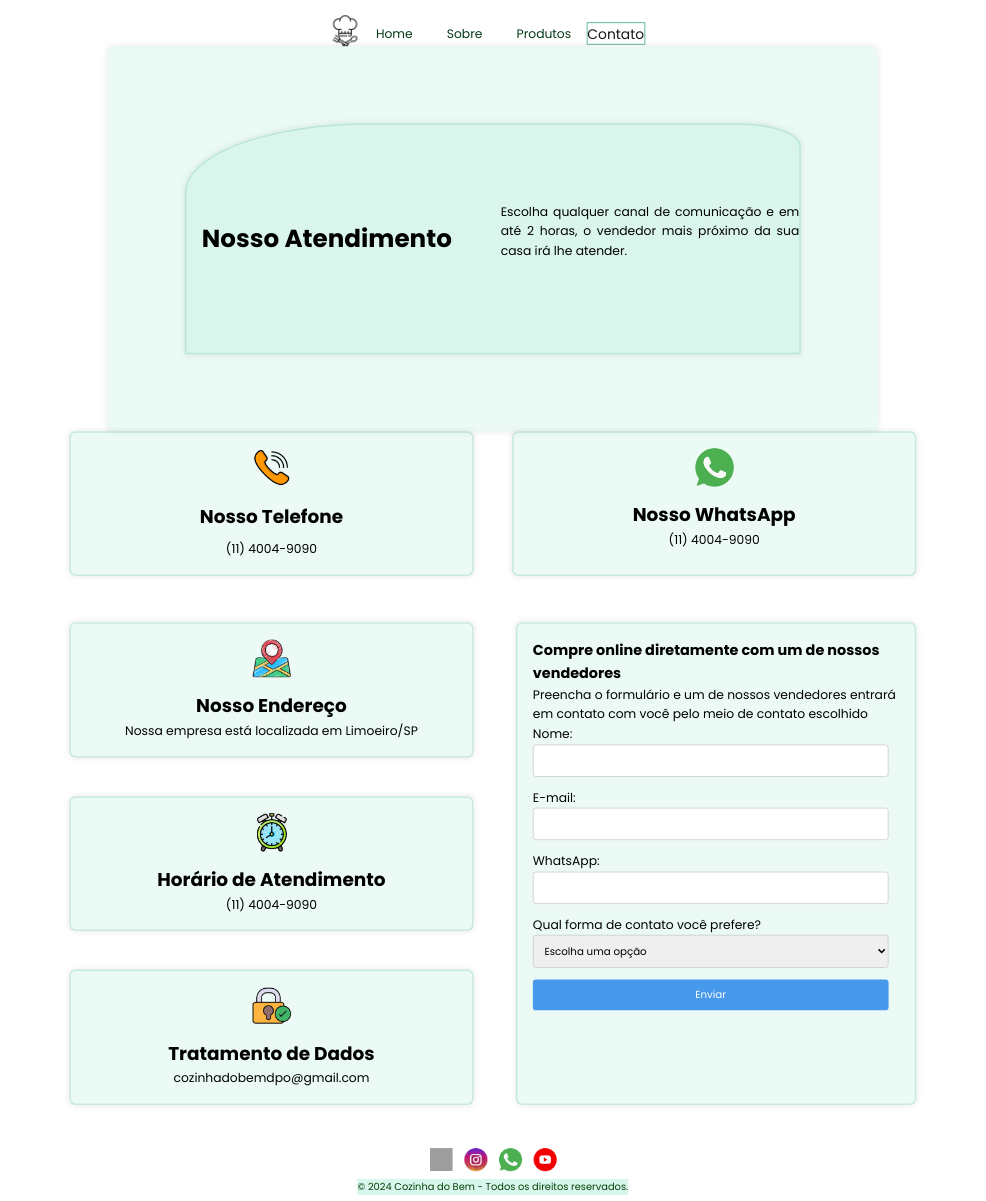
Repository: Thalia-Nataly/Cozinha-do-Bem-Proz
Page: contato.html
An editor plug-in stored every save of this project. The page is shown before and after a run of saves, followed by the edit.
The browser window is 1280 px wide. The pictures show the whole page, at 77% of full size.
Pictures or frames that could not be fetched are drawn as grey boxes.

Above is the page before, as saved 2024-08-25 19:15:56.

### contato.html
<!DOCTYPE html>
<html lang="pt-br">
<head>
    <meta charset="UTF-8">
    <meta name="viewport" content="width=device-width, initial-scale=1.0">
    <title>Contato</title>
    <link rel="icon" href="Imagens/favicon.jpg" type="image/jpg">
    <!-- CSS -->
    <link rel="stylesheet" href="css/stylegeral.css">
    <!-- JS -->
    <script src="js/menu.js" defer></script>
    <!-- Google Fonts -->
    <link rel="preconnect" href="https://fonts.googleapis.com">
    <link rel="preconnect" href="https://fonts.gstatic.com" crossorigin>
    <link href="https://fonts.googleapis.com/css2?family=Poppins:wght@100;200;300;400;500;600;700;800;900&display=swap" rel="stylesheet">
</head>
<body>
    <!-- Topo -->
    <a id="top"></a>

    <!-- Cabeçalho -->
    <header id="header">
       <div class="interface">
            <section class="logo">
                <img class="logo-branca" src="Imagens/logo.jpg" alt="Logo">
                <img class="logo-preto" src="Imagens/logo.jpg" alt="Logo">
            </section>
            <section class="menu-desktop">
                <nav>
                    <ul>
                        <li><a href="home.html">Home</a></li>
                        <li><a href="sobre.html">Sobre</a></li>
                        <li><a href="produtos.html">Produtos</a></li>
                    </ul>
                </nav>
            </section>
            <section class="btn-contato">
                <a href="contato.html">
                    <button>Contato</button>
                </a>
            </section>
        </div>
    </header>

    <!-- Main -->
    <main>
        <div class="main-content">
            <div class="box-conteiners">
                <div class="box-content">
                    <h1>Nosso Atendimento</h1>
                    <p><span>Escolha qualquer canal de comunicação e em até 2 horas, o vendedor mais próximo da sua casa irá lhe atender.</span></p>
                </div>
            </div>
        </div>

        <!-- Seções de Contato -->
        <div class="contact-container">
            <!-- Contêiner que contém o telefone e o WhatsApp -->
            <div class="contact-info-container">
                <div class="contact-info">
                    <div class="contact-box phone-box">
                        <img src="Imagens\telefone.png" alt="Ícone de Telefone" class="contact-icon">
                        <h2>Nosso Telefone</h2>
                        <p>(11) 4004-9090</p>
                    </div>
                    <div class="contact-box whatsapp-box">
                        <img src="Imagens\whatsapp_2504845.png" alt="Ícone de whatsapp" class="contact-icon">
                        <h2>Nosso WhatsApp</h2>
                        <p>(11) 4004-9090</p>
                    </div>
                </div>
            </div>

            <!-- Contêiner que contém os detalhes de contato e o formulário -->
            <div class="contact-details-form-container">
                <!-- Detalhes de contato -->
                <div class="contact-details">
                    <div class="contact-box">
                        <img src="Imagens\localização.png" alt="Ícone de Endereço" class="contact-icon">
                        <h2>Nosso Endereço</h2>
                        <p>Nossa empresa está localizada em Limoeiro/SP</p>
                    </div>
                    <div class="contact-box">
                        <img src="Imagens\horario.png" alt="Ícone de Relógio" class="contact-icon">
                        <h2>Horário de Atendimento</h2>
                        <p>(11) 4004-9090</p>
                    </div>
                    <div class="contact-box">
                        <img src="Imagens\cadeado.png" alt="Ícone de Cadeado" class="contact-icon">
                        <h2>Tratamento de Dados</h2>
                        <p>cozinhadobemdpo@gmail.com</p>
                    </div>
                </div>

                <!-- Formulário -->
                <div class="form-container">
                    <form>
                        <h3>Compre online diretamente com um de nossos vendedores</h3>
                        <p>Preencha o formulário e um de nossos vendedores entrará em contato com você pelo meio de contato escolhido </p>
                        <label for="nome">Nome: </label>
                        <input type="text" name="nome" id="nome" required>
                        <label for="email">E-mail: </label>
                        <input type="email" name="email" id="email" required>
                        <label for="tel">WhatsApp: </label>
                        <input type="tel" name="tel" id="tel" required>
                        <label for="contact-preference">Qual forma de contato você prefere?</label>
                        <select id="contact-preference" name="contact-preference" required>
                            <option value="" disabled selected>Escolha uma opção</option> <!-- Opção vazia que obrigará o usuário a escolher uma das opções abaixo -->
                            <option value="call">Ligação</option>
                            <option value="whatsapp">Mensagem no WhatsApp</option>
                        </select>

                        <button type="submit">Enviar</button>
                    </form>
                </div>
            </div>
        </div>
    </main>

    <!-- Rodapé -->
    <footer>
        <nav>
            <div class="footer-link">
                <a href="home.html" class="footer-logo">Cozinha do Bem</a>
            </div>
            <div class="social-links">
                <a href="https://www.facebook.com/" target="_blank" rel="noopener noreferrer">
                    <img src="Imagens/social_13051757.png" alt="Facebook"></a>
                <a href="https://www.instagram.com/" target="_blank" rel="noopener noreferrer">
                    <img src="Imagens/instagram_4494489.png" alt="Instagram"></a>
                <a href="https://wa.me/5544332156489" target="_blank" rel="noopener noreferrer">
                    <img src="Imagens/whatsapp_2504845.png" alt="Whatsapp"></a>
                <a href="https://www.youtube.com/" target="_blank" rel="noopener noreferrer">
                    <img src="Imagens/youtube_4494485.png" alt="Youtube"></a>
            </div>
            <p class="copyright">© 2024 Cozinha do Bem - Todos os direitos reservados.</p>
        </nav>
    </footer>
    <a href="#top" class="back-to-top">Voltar ao topo</a>
</body>
</html>

Loaded but not shown: js/menu.js (34 lines, source omitted); css/stylegeral.css (749 lines, source omitted)

After the next 3 saves:
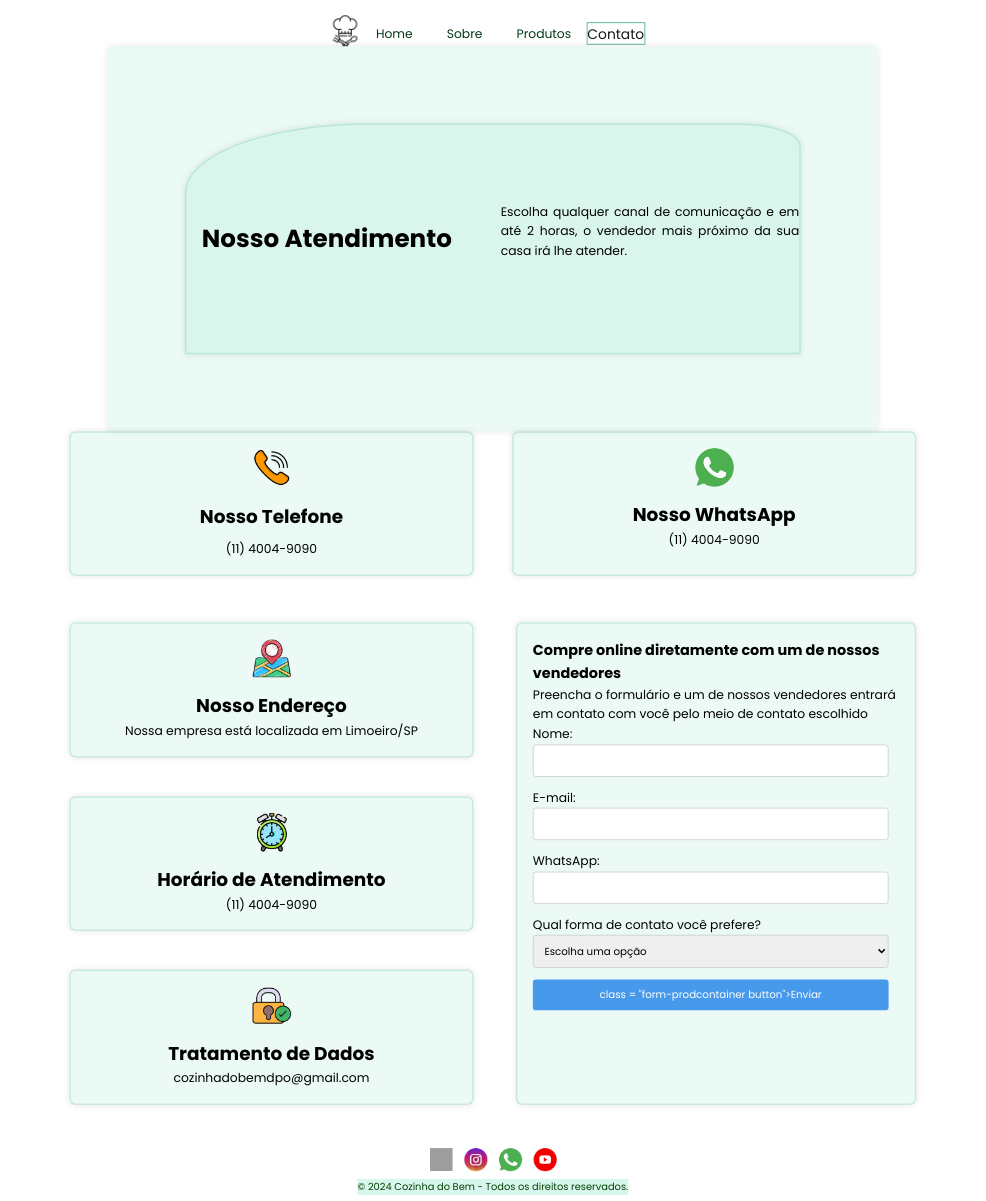
The 3 saves are shown as one change because they came seconds apart.
The last was saved 2 min 24 s later.
--- a/contato.html
+++ b/contato.html
@@ -110,7 +110,7 @@
                             <option value="whatsapp">Mensagem no WhatsApp</option>
                         </select>
 
-                        <button type="submit">Enviar</button>
+                        <button type="submit">class = "form-prodcontainer button">Enviar</button>
                     </form>
                 </div>
             </div>

After the save that followed:
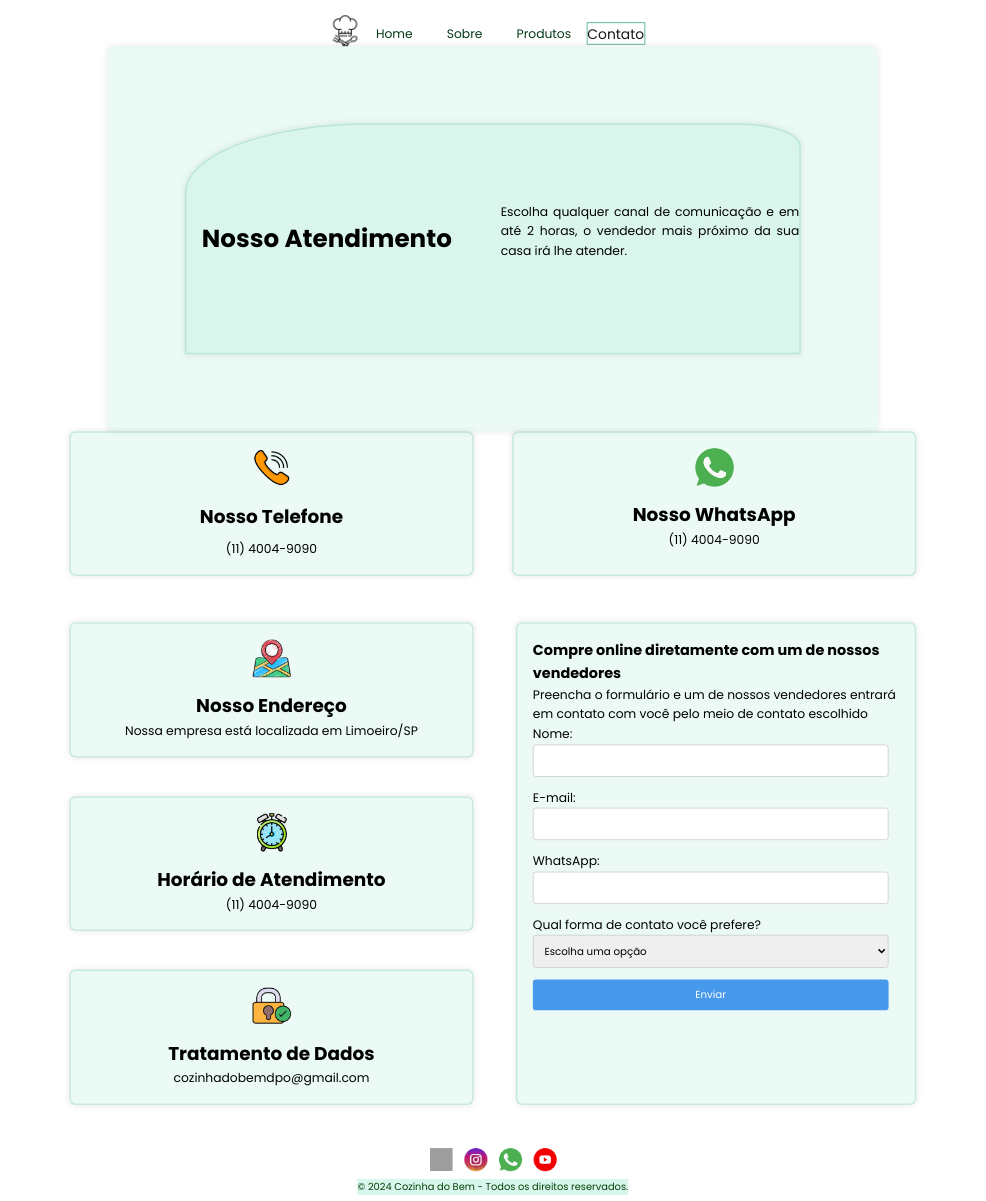
Saved 11 s later.
--- a/contato.html
+++ b/contato.html
@@ -110,7 +110,7 @@
                             <option value="whatsapp">Mensagem no WhatsApp</option>
                         </select>
 
-                        <button type="submit">class = "form-prodcontainer button">Enviar</button>
+                        <button type="submit">Enviar</button>
                     </form>
                 </div>
             </div>
